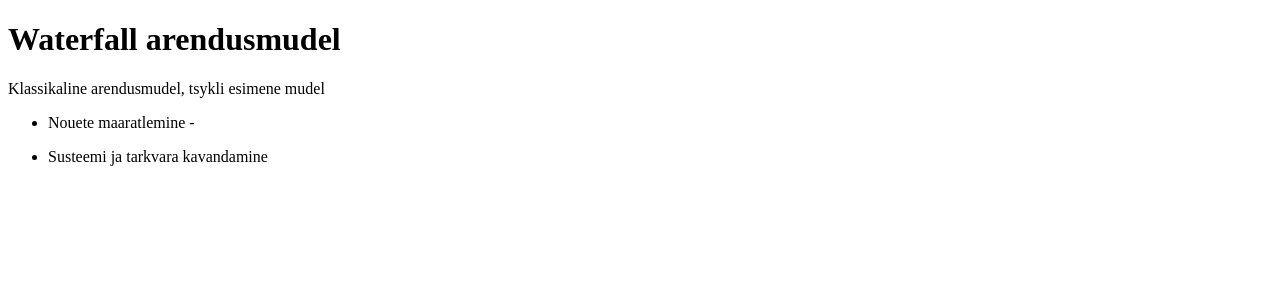
Repository: annemariv/Targe24
Page: elutsykkel/waterfall.html
These files come from the project's save history. The page is drawn as it stood at one moment and after a run of saves; the edit follows.
The browser window is 1280 px wide. The pictures show the whole page.

Above is the page before, as saved 2024-11-06 18:41:47.

### elutsykkel/waterfall.html
<!DOCTYPE html>
<html lang="en">
<head>
    <meta charset="UTF-8">
    <meta name="viewport" content="width=device-width, initial-scale=1.0">
    <title>Waterfall arendusmudel</title>
</head>
<body>
    <p>
        <!--pealkiri-->
        <!--kirjeldus oma sonadega-->
        <!--etappide tapsem kirjeldus-->
        <!--visuaalne joonis-->
        <!--tabel, mis loetleb head ja vead ()-->
    </p>
    <h1>Waterfall arendusmudel</h1>
    <p>Klassikaline arendusmudel, tsykli esimene mudel</p>
    <ul>
        <li>
            <p>Nouete maaratlemine - </p>
        </li>
        <li>
            <p>Susteemi ja tarkvara kavandamine</p>
        </li>
    </ul>
</body>
</html>

After the next 2 saves:
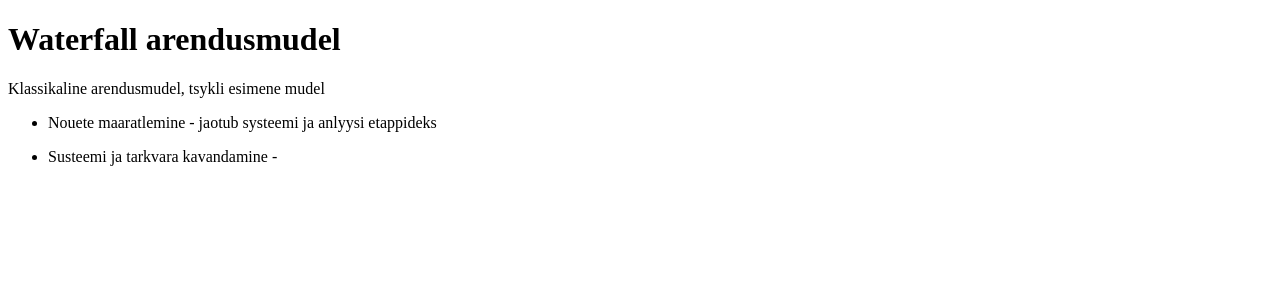
The 2 saves are shown as one change because they came seconds apart.
The last was saved 28 s later.
--- a/elutsykkel/waterfall.html
+++ b/elutsykkel/waterfall.html
@@ -17,10 +17,10 @@
     <p>Klassikaline arendusmudel, tsykli esimene mudel</p>
     <ul>
         <li>
-            <p>Nouete maaratlemine - </p>
+            <p>Nouete maaratlemine - jaotub systeemi ja anlyysi etappideks</p>
         </li>
         <li>
-            <p>Susteemi ja tarkvara kavandamine</p>
+            <p>Susteemi ja tarkvara kavandamine - </p>
         </li>
     </ul>
 </body>
